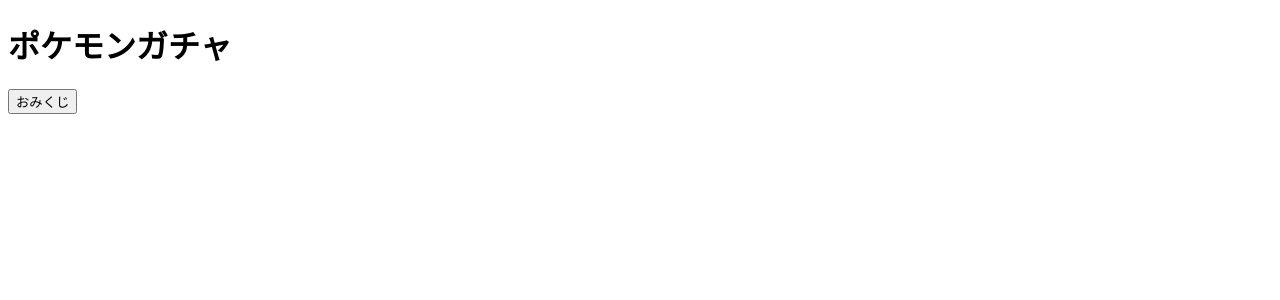
Repository: KustomApe/ksie
Page: index.html
The author's editor kept a copy of each file at every save. The page is drawn from the files as they stood at one save, then again after the next save.
The browser window is 1280 px wide. The pictures show the whole page.
After loading, the first visible `input` was clicked once.

Above is the page before, as saved 2020-11-22 11:28:07.

### index.html
<!DOCTYPE html>
<html lang="ja">
<head>
    <meta charset="UTF-8">
    <meta name="viewport" content="width=device-width, initial-scale=1.0">
    <title>Document</title>
    <link rel="stylesheet" type="text/css" href="./assets/css/style.css">
    <script type="text/javascript" src="./assets/js/omikuji.js"></script>
</head>
<body>
    <h1>ポケモンガチャ</h1>
    <form><input type="button" value="おみくじ" onClick="omikuji()"></form>
    <p class='pokemon_elect'></p>
</body>
</html>

### assets/css/style.css
p.pokemon_elect {
    width: 100%;
    height: 150px;
    font-size: 14px;
    color: #333;
}

### assets/js/omikuji.js
function omikuji() {
    pokemon = new Array('ポケモン1', 'ポケモン2', 'ポケモン3');
    randomnum = Math.round(Math.random()*100)
    elect = 'ポケモン変数'
    if (randomnum > 50) {
        msg = 'ポケモン2';
    } else {
        msg = 'ポケモン3'
    };
    console.log(msg);
    para = document.getElementsByClassName('pokemon_elect');
    console.log(para)
    para.innerHTML = pokemon[msg];
    console.log(para.innerHTML)
    console.log(para)
}

After the next save:
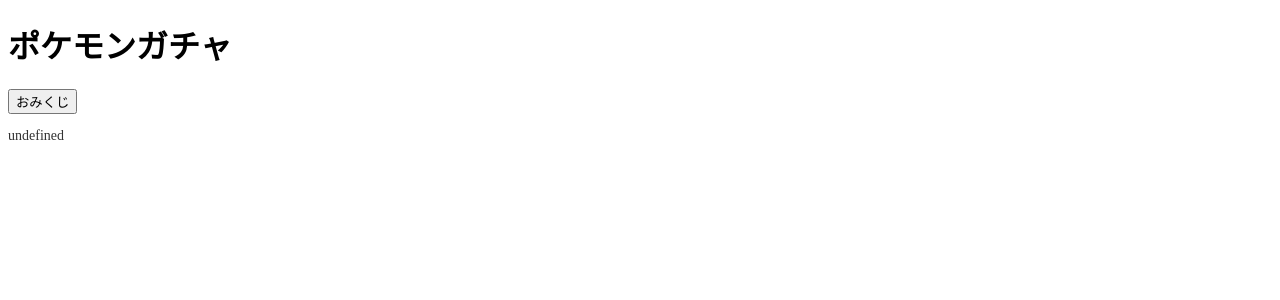
Saved 79 s later.
--- a/assets/js/omikuji.js
+++ b/assets/js/omikuji.js
@@ -10,7 +10,7 @@
     console.log(msg);
     para = document.getElementsByClassName('pokemon_elect');
     console.log(para)
-    para.innerHTML = pokemon[msg];
+    para[0].innerHTML = pokemon[msg];
     console.log(para.innerHTML)
     console.log(para)
 }

After the 4 saves that followed:
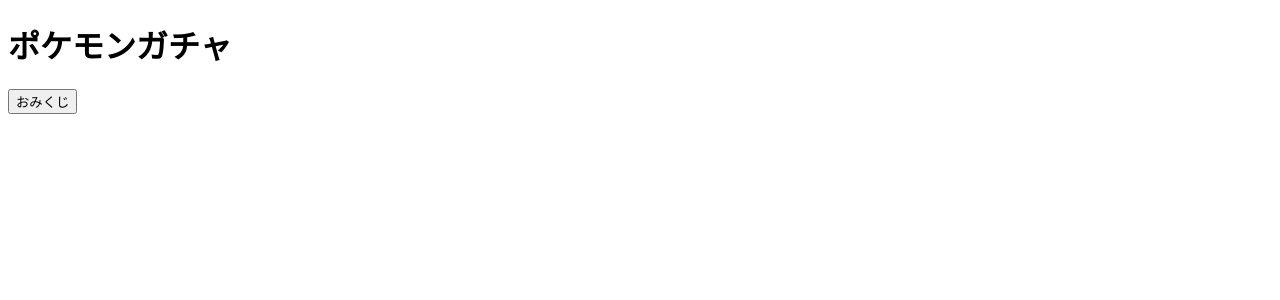
Console error: ReferenceError: selected is not defined
The 4 saves are shown as one change because 1 left the picture as it was and some came seconds apart.
The last was saved 34 s later.
--- a/assets/js/omikuji.js
+++ b/assets/js/omikuji.js
@@ -3,14 +3,12 @@
     randomnum = Math.round(Math.random()*100)
     elect = 'ポケモン変数'
     if (randomnum > 50) {
-        msg = 'ポケモン2';
+        selected = 'ポケモン2';
     } else {
         msg = 'ポケモン3'
     };
-    console.log(msg);
+    console.log(selected);
     para = document.getElementsByClassName('pokemon_elect');
-    console.log(para)
-    para[0].innerHTML = pokemon[msg];
-    console.log(para.innerHTML)
+    para[0].innerHTML = pokemon[selected];
     console.log(para)
 }
